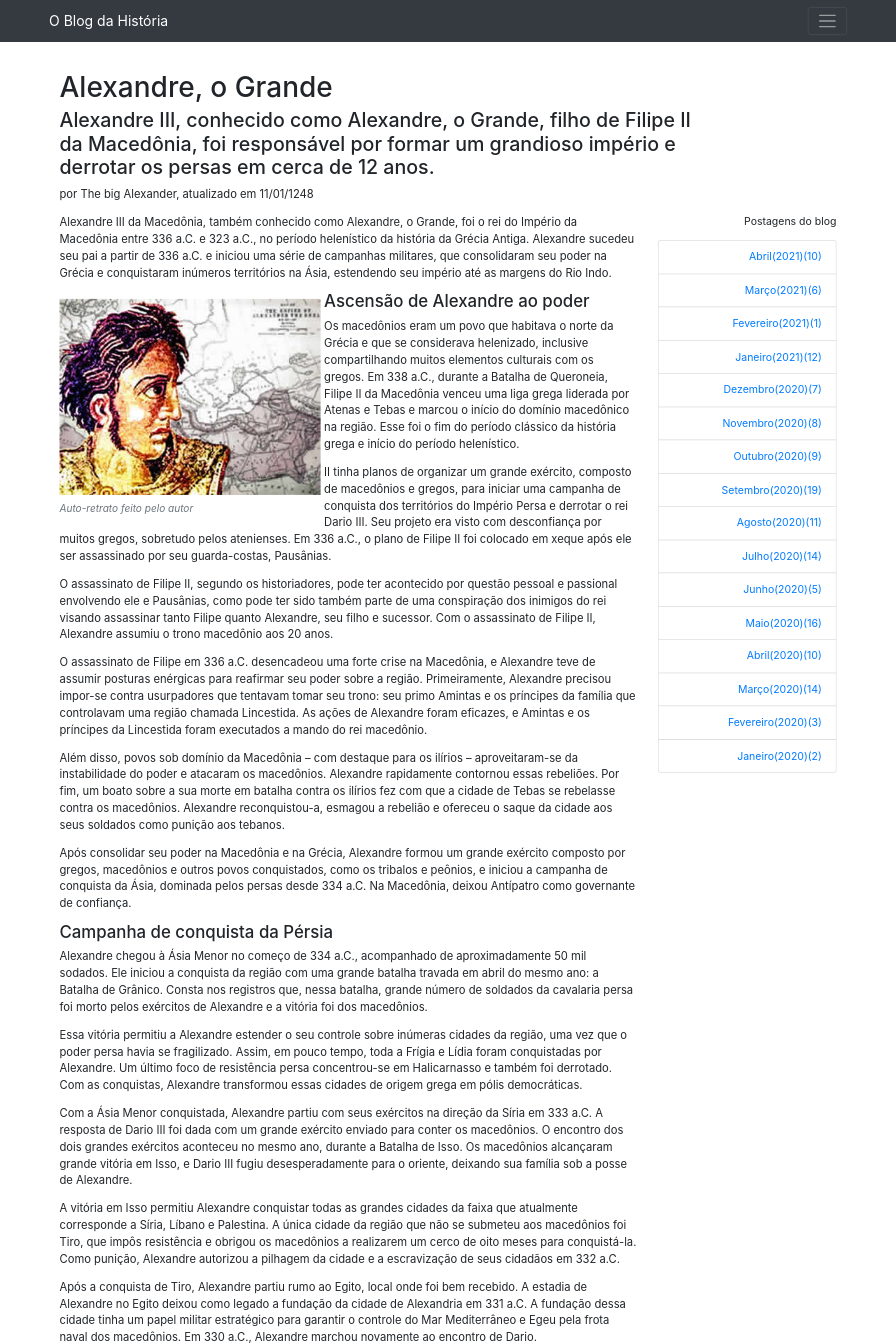
Repository: xhenrique/blog_layout_bootstrap
Page: source/post_2.html
An editor plug-in stored every save of this project. The page is shown before and after the next save, followed by the edit.
The browser window is 1280 px wide. The pictures show the part of the page from y = 0 to 1920 px (the page is 2897 px tall), at 70% of full size.

Above is the page before, as saved 2021-04-24 23:15:26.

### source/post_2.html
<!DOCTYPE html>
<html lang="pt-br">
  <head>
    <!-- Meta tags Obrigatórias -->
    <meta charset="utf-8">
    <meta name="viewport" content="width=device-width, initial-scale=1, shrink-to-fit=no">

    <!-- Bootstrap CSS -->
    <link rel="stylesheet" href="https://stackpath.bootstrapcdn.com/bootstrap/4.1.3/css/bootstrap.min.css" integrity="sha384-MCw98/SFnGE8fJT3GXwEOngsV7Zt27NXFoaoApmYm81iuXoPkFOJwJ8ERdknLPMO" crossorigin="anonymous">

    <title>O Blog da História</title>
  </head>
  <body>
    <div id="navbarConfigs" class = "container">
        <nav class="navbar navbar-dark bg-dark sticky-top" style="background: transparent; position: fixed; top: 0; left: 0; margin: 0px; padding: 10px 70px 10px 70px; width: 100%; right: 0;">
            <a class = "navbar-brand" href="index.html">O Blog da História</a>

            <!--Especificações do que é cada um dos atributos!!!!!
                "aria-controls": define a relação entre os elementos, um elemento é pai e o outro filho, deve ser definido no pai, relacionando o filho;
                "data-target" : Define o que será exibido quando clicar na opção do menu;
                "data-toggle" : o que vai acontecer quando eu clicar em cima do botão, collapse, por exemplo, faz o botão expandir e retrair as opções;
                "aria-expanded" : Flag para o navegador informando que o elemento não está expandido;
                "aria-label" : é usado para definir uma string na tag do elemento atual.
            -->
            <button class="navbar-toggler" type="button" data-toggle="collapse" data-target="#navbarCfg" aria-controls="navbarCfg">
                <span class="navbar-toggler-icon"></span>
            </button>
            <div class="collapse navbar-collapse" id="navbarCfg">
                <ul class="navbar-nav mr-auto">
                    <a class="nav-link dropdown-toggle" href="#" id="navbarDropdown" role="button" data-toggle="dropdown" aria-haspopup="true" aria-expanded="false">
                    Menu
                    </a>
                    <div class="dropdown-menu" aria-labelledby="navbarDropdown">
                    <a class="dropdown-item" href="index.html">Início</a>
                    <a class="dropdown-item" href="sobre.html">Sobre</a>
                    <a class="dropdown-item" href="posts.html">Postagens</a>
                    <div class="dropdown-divider"></div>
                    <p style="text-align: left; padding-left: 10px;"> Criado por: <br/>José Xavier<br/>UFPA - 2021</p>
                    </div>
                </ul>
                <form class="form-inline my-2 my-lg-0">
                <input class="form-control mr-sm-2" type="search" placeholder="Texto para buscar no site" aria-label="Search">
                <button class="btn btn-primary" type="submit">Buscar!</button>
                </form>
            </div>
        </nav>
    </div>

    <div class="container" id="container-postagens" style="margin-top: 100px;">
        <div class="row">
             <!--            <div class="span6" style="float: none; margin: 0 auto;">
-->
            <div class="col-10">
                <div id="sobre_o_blog" class="text-left">
                    <h1>Alexandre, o Grande</h1>
                    <h3>Alexandre III, conhecido como Alexandre, o Grande, filho de Filipe II da Macedônia, foi responsável por formar um grandioso império e derrotar os persas em cerca de 12 anos.</h3>
                    <p>por The big Alexander, atualizado em 11/01/1248</p>
                </div>
            </div>
        </div>
    </div>
    <div class="container">
        <div class="row">
            <div class="col-md-9">
                <div class="maintext">
                    <p>Alexandre III da Macedônia, também conhecido como Alexandre, o Grande, foi o rei do Império da Macedônia entre 336 a.C. e 323 a.C., no período helenístico da história da Grécia Antiga. Alexandre sucedeu seu pai a partir de 336 a.C. e iniciou uma série de campanhas militares, que consolidaram seu poder na Grécia e conquistaram inúmeros territórios na Ásia, estendendo seu império até as margens do Rio Indo.</p>
                    <figure class="figure" style="float: left; margin-right: 5px; padding-top: 10px;">
                        <img class="figure-img" src="img/alexandre-pic.jpg">
                        <figcaption class="figure-caption" style="position: bottom;">
                            <i>Auto-retrato feito pelo autor</i>
                        </figcaption>
                    </figure>
                    <h4>Ascensão de Alexandre ao poder</h4>
                    <p>Os macedônios eram um povo que habitava o norte da Grécia e que se considerava helenizado, inclusive compartilhando muitos elementos culturais com os gregos. Em 338 a.C., durante a Batalha de Queroneia, Filipe II da Macedônia venceu uma liga grega liderada por Atenas e Tebas e marcou o início do domínio macedônico na região. Esse foi o fim do período clássico da história grega e início do período helenístico.</p>
                    <p> II tinha planos de organizar um grande exército, composto de macedônios e gregos, para iniciar uma campanha de conquista dos territórios do Império Persa e derrotar o rei Dario III. Seu projeto era visto com desconfiança por muitos gregos, sobretudo pelos atenienses. Em 336 a.C., o plano de Filipe II foi colocado em xeque após ele ser assassinado por seu guarda-costas, Pausânias.</p>
                    <p>O assassinato de Filipe II, segundo os historiadores, pode ter acontecido por questão pessoal e passional envolvendo ele e Pausânias, como pode ter sido também parte de uma conspiração dos inimigos do rei visando assassinar tanto Filipe quanto Alexandre, seu filho e sucessor. Com o assassinato de Filipe II, Alexandre assumiu o trono macedônio aos 20 anos.
                    </p>
                    <p>O assassinato de Filipe em 336 a.C. desencadeou uma forte crise na Macedônia, e Alexandre teve de assumir posturas enérgicas para reafirmar seu poder sobre a região. Primeiramente, Alexandre precisou impor-se contra usurpadores que tentavam tomar seu trono: seu primo Amintas e os príncipes da família que controlavam uma região chamada Lincestida. As ações de Alexandre foram eficazes, e Amintas e os príncipes da Lincestida foram executados a mando do rei macedônio.</p>
                    <p>Além disso, povos sob domínio da Macedônia – com destaque para os ilírios – aproveitaram-se da instabilidade do poder e atacaram os macedônios. Alexandre rapidamente contornou essas rebeliões. Por fim, um boato sobre a sua morte em batalha contra os ilírios fez com que a cidade de Tebas se rebelasse contra os macedônios. Alexandre reconquistou-a, esmagou a rebelião e ofereceu o saque da cidade aos seus soldados como punição aos tebanos.</p>
                    <p>Após consolidar seu poder na Macedônia e na Grécia, Alexandre formou um grande exército composto por gregos, macedônios e outros povos conquistados, como os tribalos e peônios, e iniciou a campanha de conquista da Ásia, dominada pelos persas desde 334 a.C. Na Macedônia, deixou Antípatro como governante de confiança.</p>
                    <h4>Campanha de conquista da Pérsia</h4>
                    <p>Alexandre chegou à Ásia Menor no começo de 334 a.C., acompanhado de aproximadamente 50 mil sodados. Ele iniciou a conquista da região com uma grande batalha travada em abril do mesmo ano: a Batalha de Grânico. Consta nos registros que, nessa batalha, grande número de soldados da cavalaria persa foi morto pelos exércitos de Alexandre e a vitória foi dos macedônios.</p>
                    <p>Essa vitória permitiu a Alexandre estender o seu controle sobre inúmeras cidades da região, uma vez que o poder persa havia se fragilizado. Assim, em pouco tempo, toda a Frígia e Lídia foram conquistadas por Alexandre. Um último foco de resistência persa concentrou-se em Halicarnasso e também foi derrotado. Com as conquistas, Alexandre transformou essas cidades de origem grega em pólis democráticas.</p>
                    <p>Com a Ásia Menor conquistada, Alexandre partiu com seus exércitos na direção da Síria em 333 a.C. A resposta de Dario III foi dada com um grande exército enviado para conter os macedônios. O encontro dos dois grandes exércitos aconteceu no mesmo ano, durante a Batalha de Isso. Os macedônios alcançaram grande vitória em Isso, e Dario III fugiu desesperadamente para o oriente, deixando sua família sob a posse de Alexandre.</p>
                    <p>A vitória em Isso permitiu Alexandre conquistar todas as grandes cidades da faixa que atualmente corresponde a Síria, Líbano e Palestina. A única cidade da região que não se submeteu aos macedônios foi Tiro, que impôs resistência e obrigou os macedônios a realizarem um cerco de oito meses para conquistá-la. Como punição, Alexandre autorizou a pilhagem da cidade e a escravização de seus cidadãos em 332 a.C.</p>
                    <p>Após a conquista de Tiro, Alexandre partiu rumo ao Egito, local onde foi bem recebido. A estadia de Alexandre no Egito deixou como legado a fundação da cidade de Alexandria em 331 a.C. A fundação dessa cidade tinha um papel militar estratégico para garantir o controle do Mar Mediterrâneo e Egeu pela frota naval dos macedônios. Em 330 a.C., Alexandre marchou novamente ao encontro de Dario.</p>
                    <h4>Campanha indiana e a morte de Alexandre</h4>
                    <p>A última fase das conquistas de Alexandre aconteceu na Índia. Alexandre tentou impor seu domínio sobre os reinos que existiam na região além do Rio Indo e encontrou as batalhas mais difíceis de sua trajetória entre 326 a.C. e 325 a.C. Ele travou (e venceu) uma grande e sangrenta batalha contra Poro, rei dos pauravas, e pôs fim a sua campanha após seus soldados informarem-no o desejo de não continuar com os avanços.</p>
                    <p>Com isso, Alexandre retornou para a Babilônia, onde permaneceu entre 324 a.C. e 323 a.C. Durante sua estadia nessa cidade, ele passou a planejar a campanha de conquista da Península Arábica. Os planos de Alexandre foram interrompidos após ele contrair uma febre fulminante, que o levou a falecer poucos dias depois, em junho de 323 a.C.</p>
                    <p>Não se sabe ao certo as causas da morte de Alexandre, mas, atualmente, especula-se que ele possa ter morrido em decorrência de febre tifoide ou malária (a hipótese de envenenamento não é muito aceita pelos historiadores). A morte de Alexandre levou a uma crise sucessória, uma vez que não havia um herdeiro estabelecido (sua esposa Roxana estava grávida). Iniciou-se, então, uma disputa pelo poder entre os generais de Alexandre, o que provocou a fragmentação do Império Macedônio.</p>
                </div>
            </div>
            <div class="col-md">
                <div class="text-right" style="font-size: 15px;">
                    <p>Postagens do blog</p>
                    <ul class="list-group">
                        <!--Javascript provavelmente entraria aqui, iterando sobre uma lista/matriz e exibindo a quantida de postagens por mês/ano-->
                        <li class="list-group-item"><a href="">Abril(2021)(10)</a></li>
                        <li class="list-group-item"><a href="">Março(2021)(6)</a></li>
                        <li class="list-group-item"><a href="">Fevereiro(2021)(1)</a></li>
                        <li class="list-group-item"><a href="">Janeiro(2021)(12)</a></li>
                        <li class="list-group-item"><a href="">Dezembro(2020)(7)</a></li>
                        <li class="list-group-item"><a href="">Novembro(2020)(8)</a></li>
                        <li class="list-group-item"><a href="">Outubro(2020)(9)</a></li>
                        <li class="list-group-item"><a href="">Setembro(2020)(19)</a></li>
                        <li class="list-group-item"><a href="">Agosto(2020)(11)</a></li>
                        <li class="list-group-item"><a href="">Julho(2020)(14)</a></li>
                        <li class="list-group-item"><a href="">Junho(2020)(5)</a></li>
                        <li class="list-group-item"><a href="">Maio(2020)(16)</a></li>
                        <li class="list-group-item"><a href="">Abril(2020)(10)</a></li>
                        <li class="list-group-item"><a href="">Março(2020)(14)</a></li>
                        <li class="list-group-item"><a href="">Fevereiro(2020)(3)</a></li>
                        <li class="list-group-item"><a href="">Janeiro(2020)(2)</a></li>
                    </ul>
                </div>
            </div>
            <div class="col">
                    <form>
                        <h3>
                            Comentários
                        </h3>
                        <div class="mb-3">
                            <label for="inputEmail" class="form-label">Entre seu e-mail</label>
                            <input type="email" class="form-control" id="inputEmail" aria-describedby="emailHelp">
                        </div>
                        <div class="mb-3">
                            <label for="nameInput" class="form-label">Nome</label>
                            <input type="text" class="form-control" id="nameInput">
                        </div>
                        <div class="mb-3">
                            <label for="msgInput" class="form-label">Digite sua mensagem</label>
                            <textarea class="form-control form-control-lg" placeholder="Digite seu comentário" id="msgInput" style="height: 200px;"></textarea>
                        </div>
                        <!--Aqui devia-se colocar uma função js que fosse capaz de expandir a parte dos comentários dinamicamente quando o botão fosse clicado-->
                        <button class="btn btn-outline-secondary" type="submit" aria-label="btnSubmmit">Enviar</button>
                        <br/>
                        <br/>
                    </form>
                </div>
            </div>
            <div class="col-md">
                <div class="d-grid gap-2">
                    <button class="btn btn-outline-secondary" type="button" style="width: 100%;">Ver comentários</button>
                </div>
            </div>
        </div>

    </div>


    <!-- JavaScript (Opcional) -->
    <!-- jQuery primeiro, depois Popper.js, depois Bootstrap JS -->
    <script src="https://code.jquery.com/jquery-3.3.1.slim.min.js" integrity="sha384-q8i/X+965DzO0rT7abK41JStQIAqVgRVzpbzo5smXKp4YfRvH+8abtTE1Pi6jizo" crossorigin="anonymous"></script>
    <script src="https://cdnjs.cloudflare.com/ajax/libs/popper.js/1.14.3/umd/popper.min.js" integrity="sha384-ZMP7rVo3mIykV+2+9J3UJ46jBk0WLaUAdn689aCwoqbBJiSnjAK/l8WvCWPIPm49" crossorigin="anonymous"></script>
    <script src="https://stackpath.bootstrapcdn.com/bootstrap/4.1.3/js/bootstrap.min.js" integrity="sha384-ChfqqxuZUCnJSK3+MXmPNIyE6ZbWh2IMqE241rYiqJxyMiZ6OW/JmZQ5stwEULTy" crossorigin="anonymous"></script>
  </body>
</html>

After the next save:
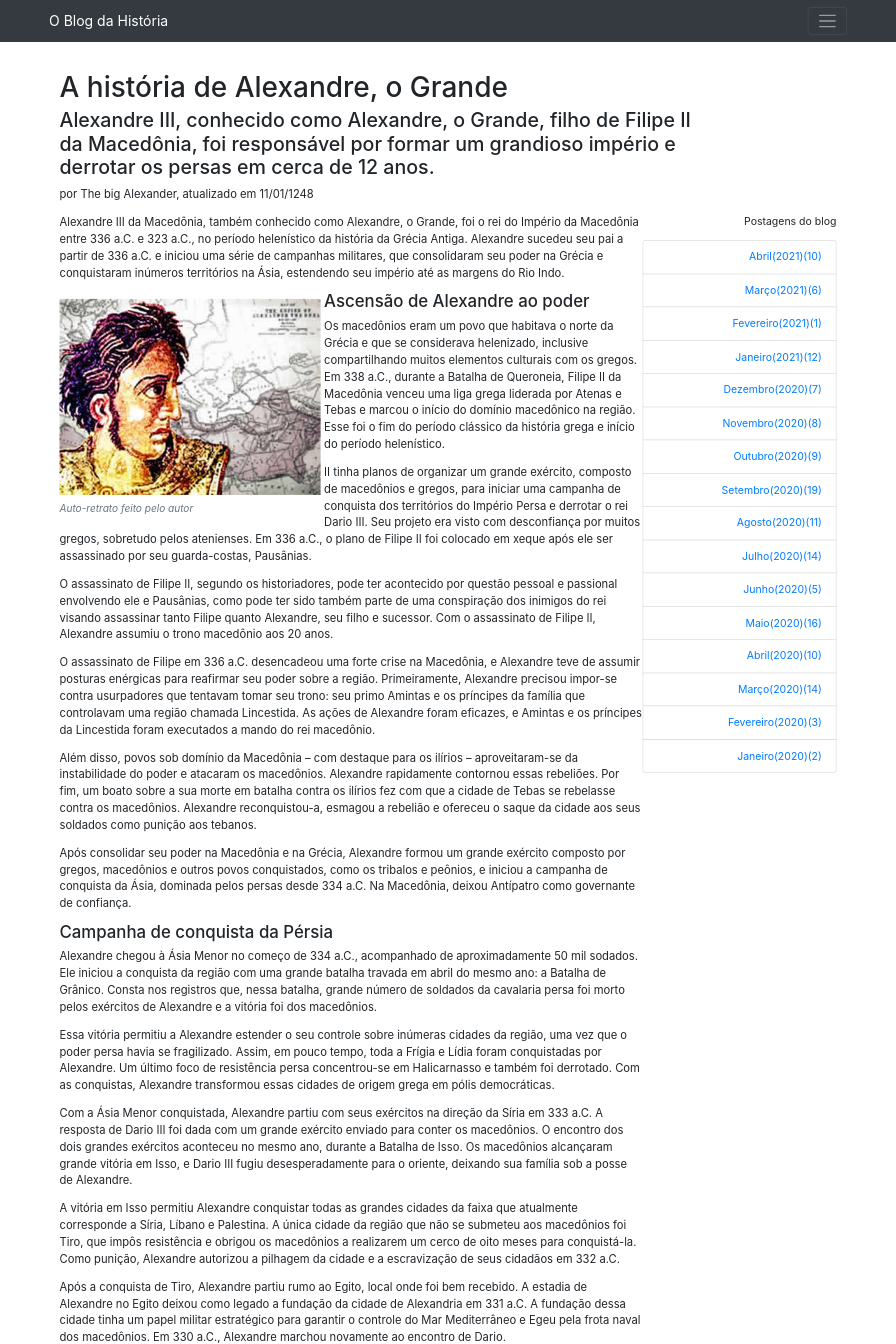
Saved 63 min 55 s later.
--- a/source/post_2.html
+++ b/source/post_2.html
@@ -52,7 +52,7 @@
 -->
             <div class="col-10">
                 <div id="sobre_o_blog" class="text-left">
-                    <h1>Alexandre, o Grande</h1>
+                    <h1>A história de Alexandre, o Grande</h1>
                     <h3>Alexandre III, conhecido como Alexandre, o Grande, filho de Filipe II da Macedônia, foi responsável por formar um grandioso império e derrotar os persas em cerca de 12 anos.</h3>
                     <p>por The big Alexander, atualizado em 11/01/1248</p>
                 </div>
@@ -60,7 +60,7 @@
         </div>
     </div>
     <div class="container">
-        <div class="row">
+        <div class="row no-gutters">
             <div class="col-md-9">
                 <div class="maintext">
                     <p>Alexandre III da Macedônia, também conhecido como Alexandre, o Grande, foi o rei do Império da Macedônia entre 336 a.C. e 323 a.C., no período helenístico da história da Grécia Antiga. Alexandre sucedeu seu pai a partir de 336 a.C. e iniciou uma série de campanhas militares, que consolidaram seu poder na Grécia e conquistaram inúmeros territórios na Ásia, estendendo seu império até as margens do Rio Indo.</p>
